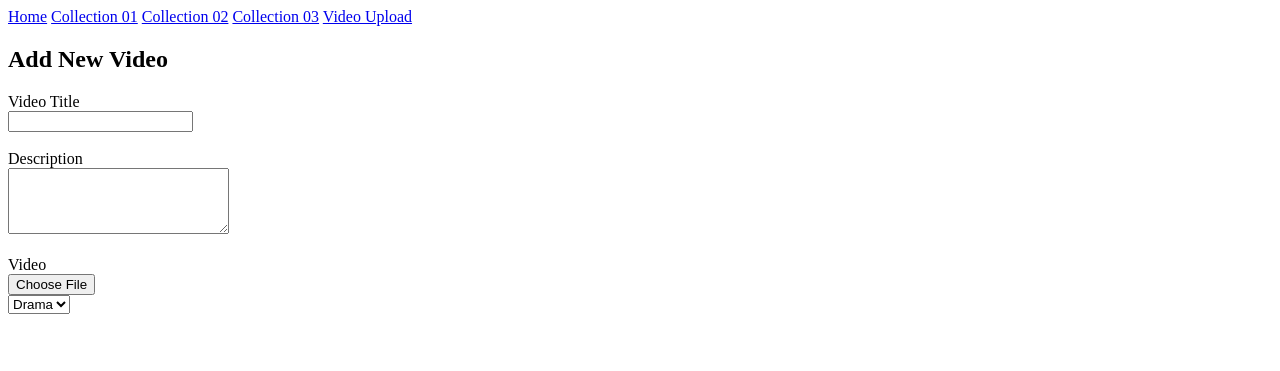
Repository: JoaoLemesDEV/Project-MyTube
Page: video_upload_page.html
An editor plug-in stored every save of this project. The page is shown before and after the next save, followed by the edit.
The browser window is 1280 px wide. The pictures show the whole page.

Above is the page before, as saved 2021-10-10 21:26:31.

After the next save:
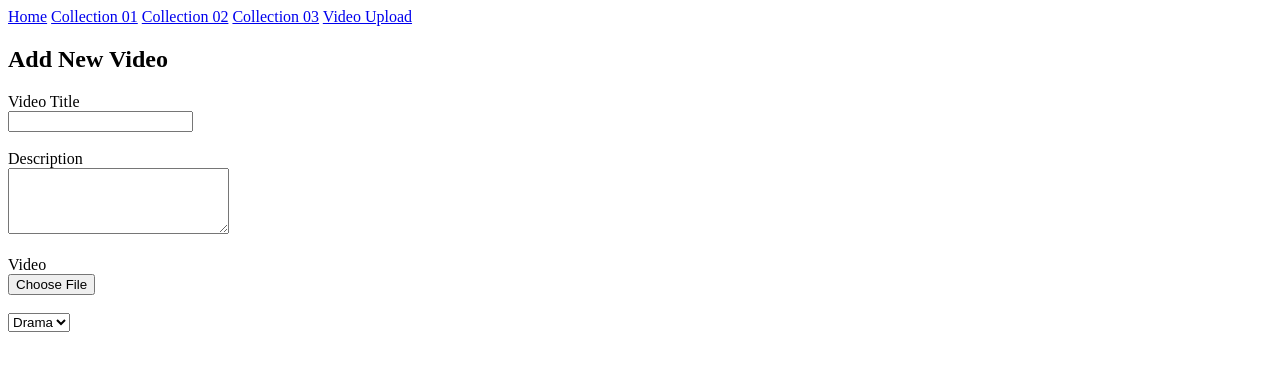
Saved 5 s later.
--- a/video_upload_page.html
+++ b/video_upload_page.html
@@ -21,7 +21,7 @@
 <label for="description">Description</label><br>
 <textarea name="description" id="descripition" cols="25" rows="4"></textarea><br><br>
 <label for="video">Video</label><br>
-<input type="button" value="Choose File"><br>
+<input type="button" value="Choose File"><br><br>
 <select name="" id="">
   <option value="">Drama</option>
 </select>
